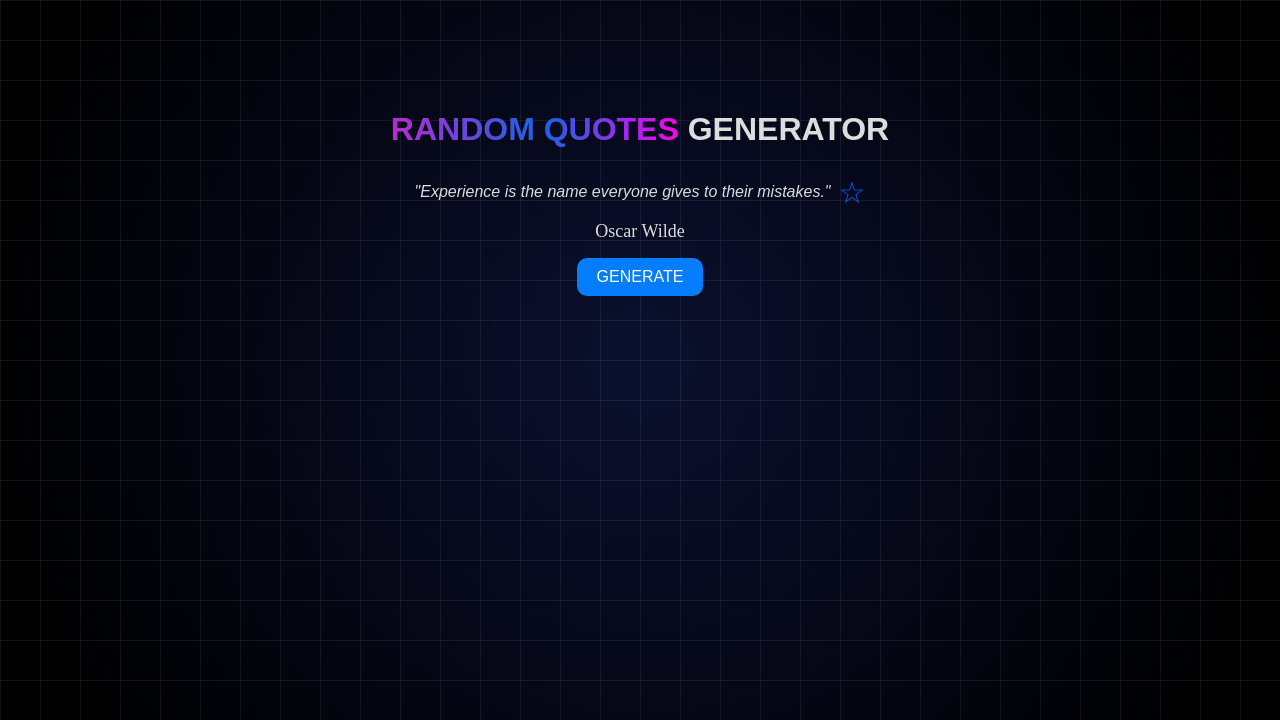
Repository: Adel-la/random-quotes
Page: index.html
These files come from the project's save history. The page is drawn as it stood at one moment and after the next save; the edit follows.
The browser window is 1280 px wide. The pictures show the whole page.

Above is the page before, as saved 2025-06-25 22:52:24.

After the next save:
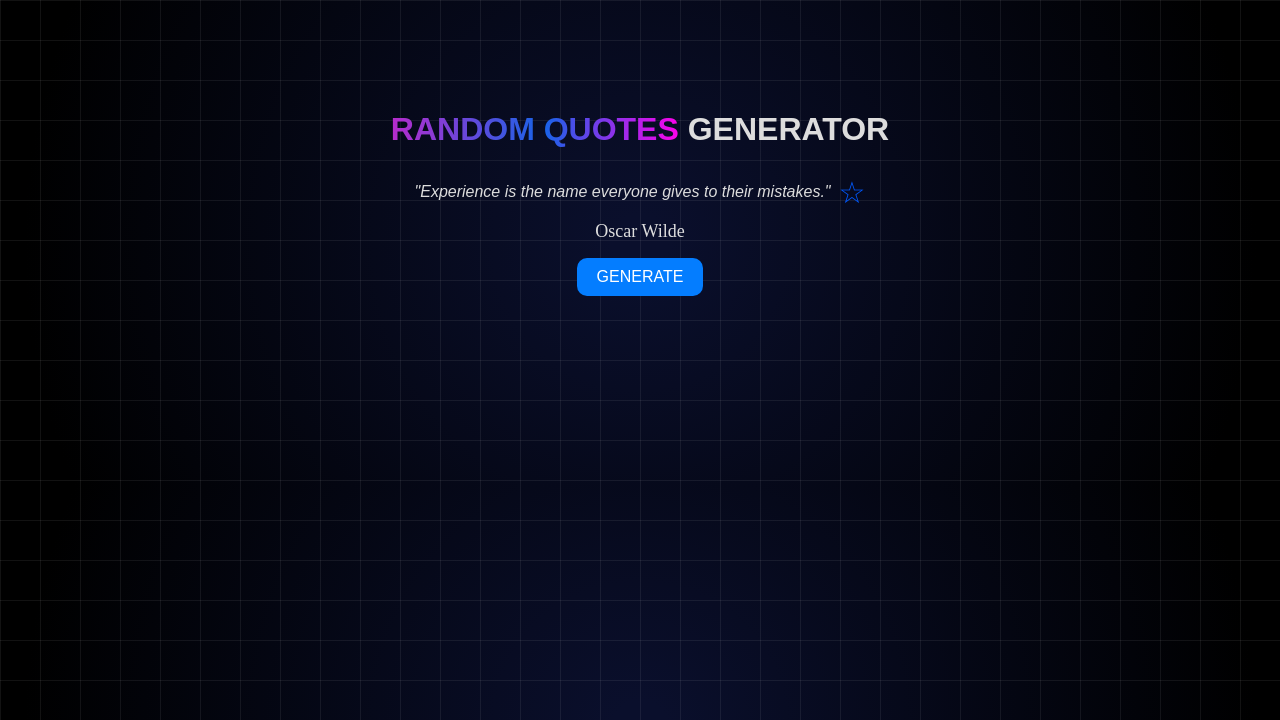
Saved 50 s later.
--- a/styles.css
+++ b/styles.css
@@ -1,6 +1,4 @@
-html{
-  height: 100%;
-}
+
 body {
   font-family: Arial, sans-serif;
   color: aliceblue;
